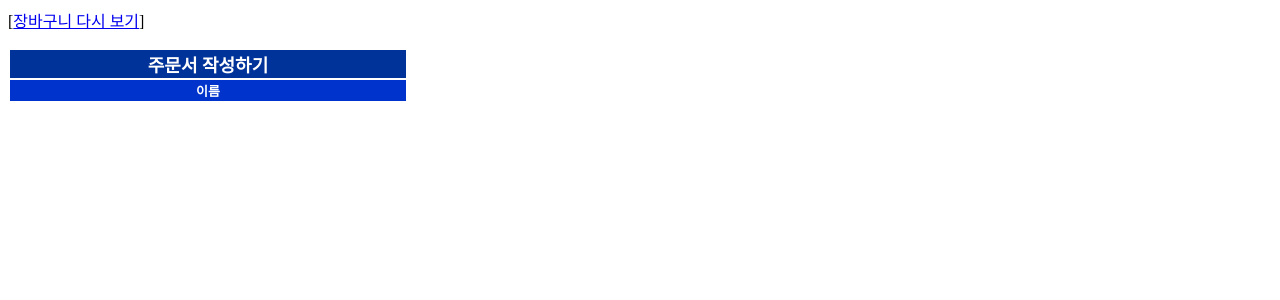
Repository: severrepair/JSPproject
Page: http://localhost/Shop/order.jsp?total=0&count=0
An editor plug-in stored every save of this project. The page is shown before and after the next save, followed by the edit.
The browser window is 1280 px wide. The pictures show the whole page.
The page is served by Tomcat 9.

Above is the page before, as saved 2022-12-03 05:59:29.

After the next save:
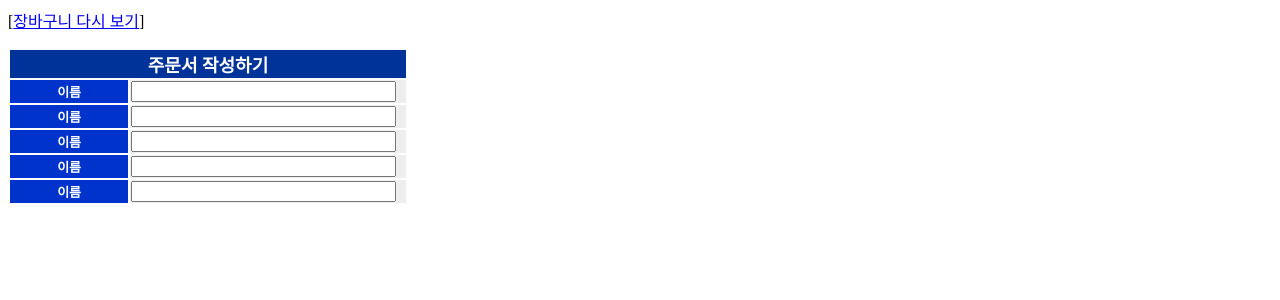
Saved 50 s later.
--- a/Shop/src/main/webapp/order.jsp
+++ b/Shop/src/main/webapp/order.jsp
@@ -45,6 +45,45 @@
 	<TR>
 		<TH width=30% bgcolor=#0033cc>
 			<FONT size=-1 color=white>이름</FONT>
+		</TH>
+		<TD bgcolor=#eeeeee>
+			<INPUT type=text name=wname size=30>
+		</TD>
+	</TR>
+	<TR>
+		<TH width=30% bgcolor=#0033cc>
+			<FONT size=-1 color=white>이름</FONT>
+		</TH>
+		<TD bgcolor=#eeeeee>
+			<INPUT type=text name=wname size=30>
+		</TD>
+	</TR>
+	<TR>
+		<TH width=30% bgcolor=#0033cc>
+			<FONT size=-1 color=white>이름</FONT>
+		</TH>
+		<TD bgcolor=#eeeeee>
+			<INPUT type=text name=wname size=30>
+		</TD>
+	</TR>
+	<TR>
+		<TH width=30% bgcolor=#0033cc>
+			<FONT size=-1 color=white>이름</FONT>
+		</TH>
+		<TD bgcolor=#eeeeee>
+			<INPUT type=text name=wname size=30>
+		</TD>
+	</TR>
+	<TR>
+		<TH width=30% bgcolor=#0033cc>
+			<FONT size=-1 color=white>이름</FONT>
+		</TH>
+		<TD bgcolor=#eeeeee>
+			<INPUT type=text name=wname size=30>
+		</TD>
+	</TR>
+
+
 </TABLE>
 </FORM>
 
